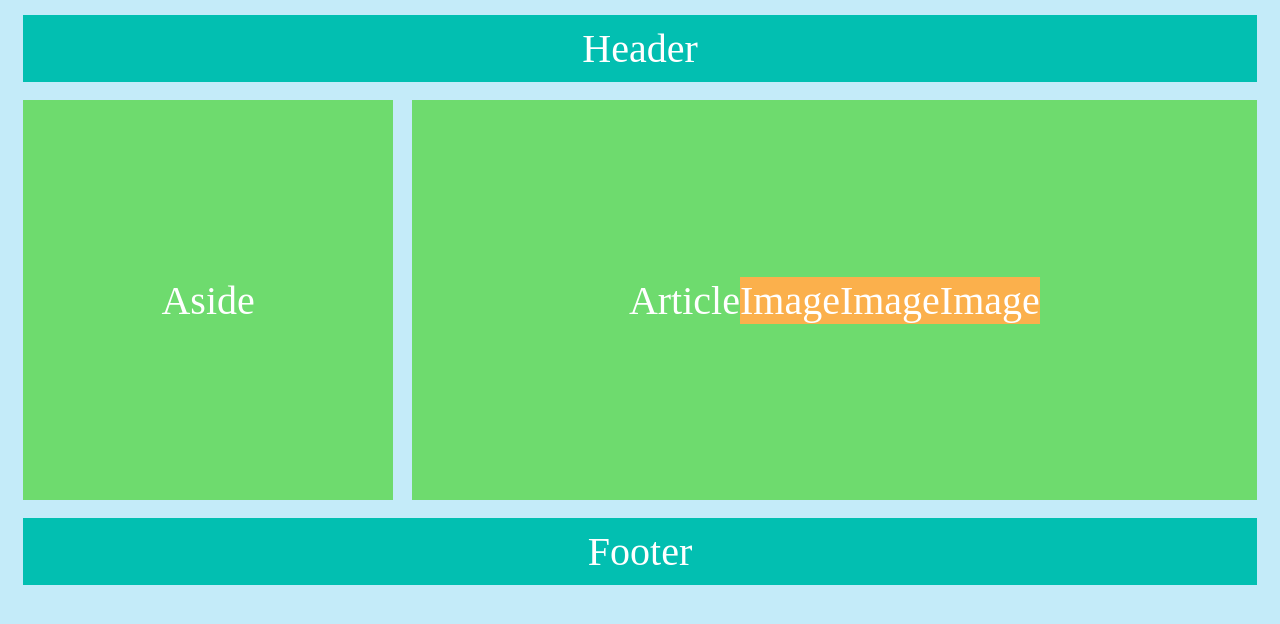
Repository: huyennvo/CSS
Page: flex-css-example/index.html
An editor plug-in stored every save of this project. The page is shown before and after the next save, followed by the edit.
The browser window is 1280 px wide. The pictures show the whole page.

Above is the page before, as saved 2022-07-18 11:08:47.

After the next save:
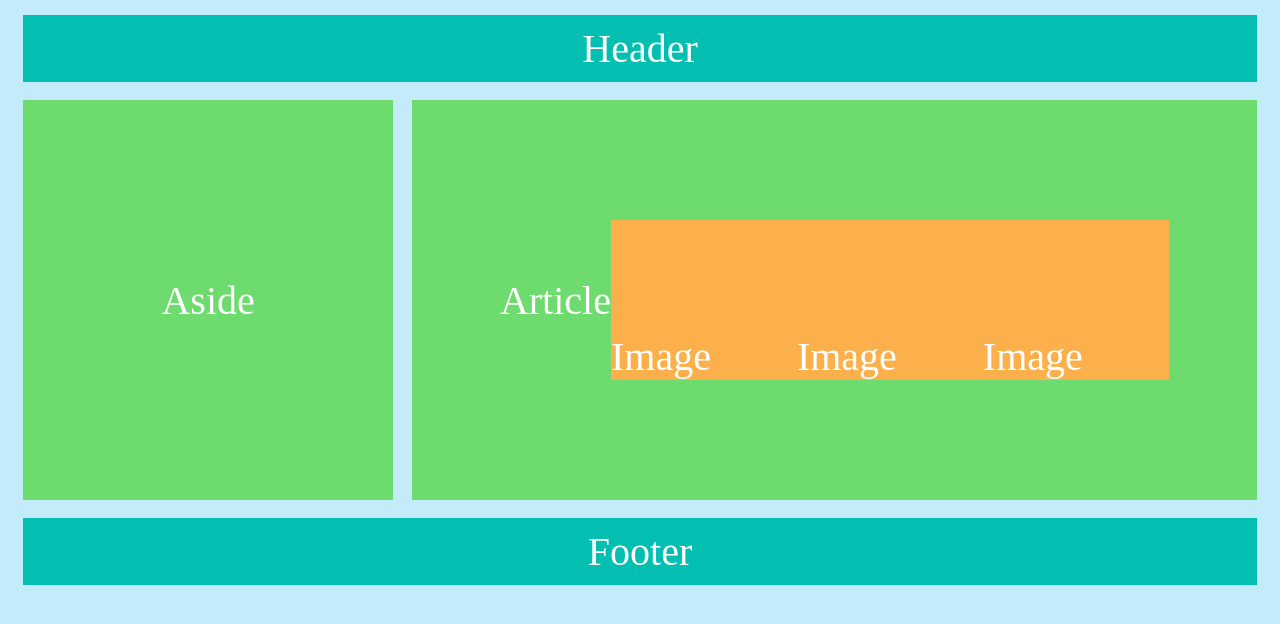
Saved 59 s later.
--- a/flex-css-example/index.css
+++ b/flex-css-example/index.css
@@ -52,4 +52,6 @@ html {
      background-color: #FBB04C;
      display: flex;
      align-items: flex-end;
+     width: 22%;
+     height: 40%;
 }
